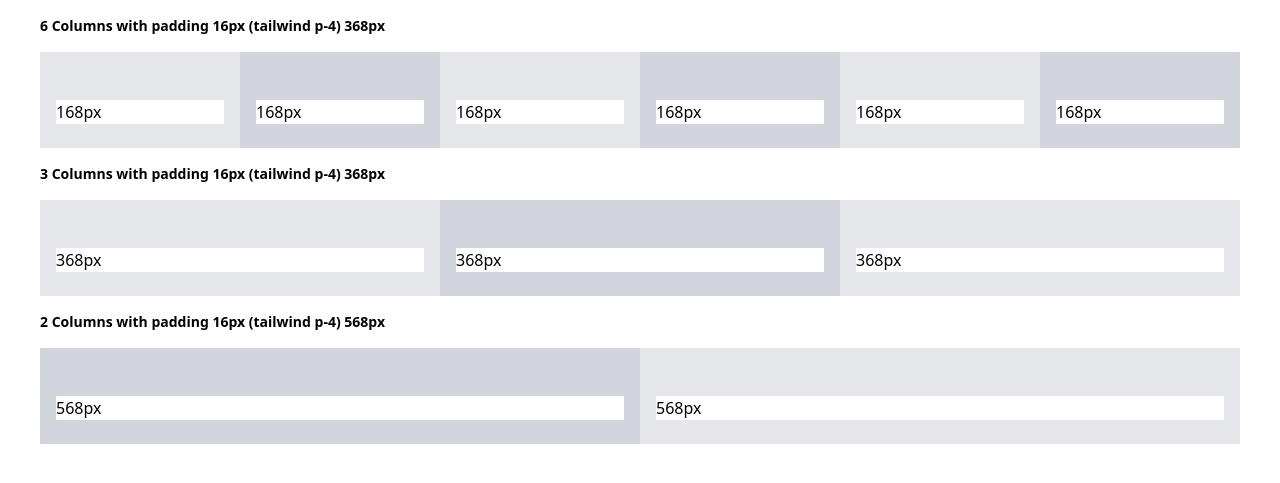
Repository: fabianwurk/vue-tailwind
Page: /
The author's editor kept a copy of each file at every save. The page is drawn from the files as they stood at one save, then again after the next save.
The browser window is 1280 px wide. The pictures show the whole page.
The project was rebuilt for these pictures with package versions that can differ from the ones it lists, and the page was loaded fresh each time. Also part of the build but not shown: vite.config.js.

Above is the page before, as saved 2021-03-15 23:40:36.

After the next save:
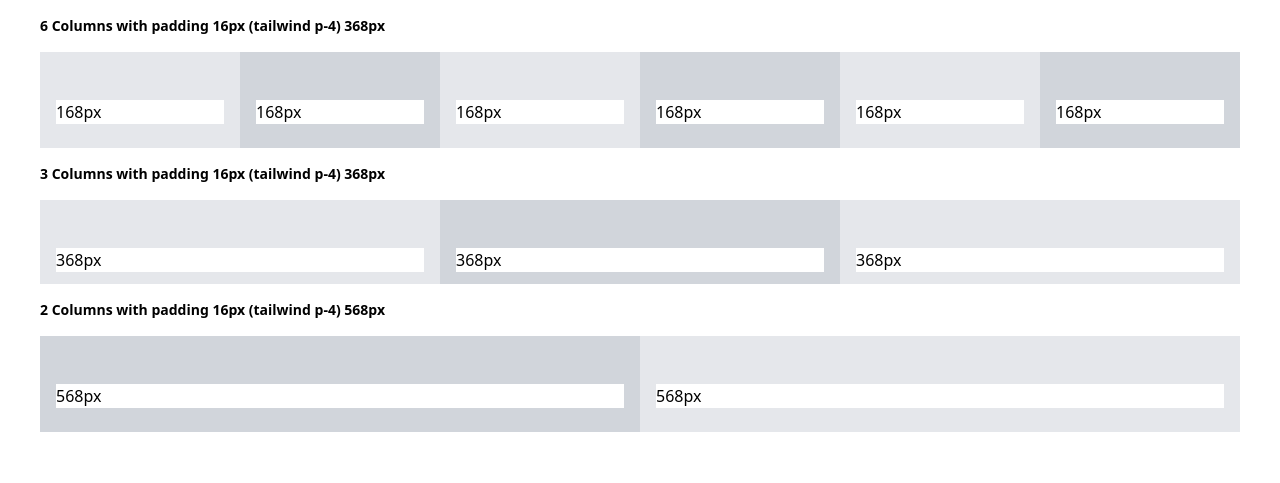
Saved 19 s later.
--- a/src/components/Tail.vue
+++ b/src/components/Tail.vue
@@ -28,13 +28,13 @@
   <div class="container mx-auto">
     <h2 class="text-sm font-bold my-4">3 Columns with padding 16px (tailwind p-4) {{ threeCol }}</h2>
     <div class="flex items-center">
-      <div class="w-1/3 bg-gray-200 pb-6 pt-12 px-4">
+      <div class="w-1/3 bg-gray-200 pb-3 pt-12 px-4">
         <span class="bg-white w-full block">{{ threeCol }}</span>
       </div>
-      <div class="w-1/3 bg-gray-300 pb-6 pt-12 px-4">
+      <div class="w-1/3 bg-gray-300 pb-3 pt-12 px-4">
         <span class="bg-white w-full block">{{ threeCol }}</span>
       </div>
-      <div class="w-1/3 bg-gray-200 pb-6 pt-12 px-4">
+      <div class="w-1/3 bg-gray-200 pb-3 pt-12 px-4">
         <span class="bg-white w-full block">{{ threeCol }}</span>
       </div>
     </div>
